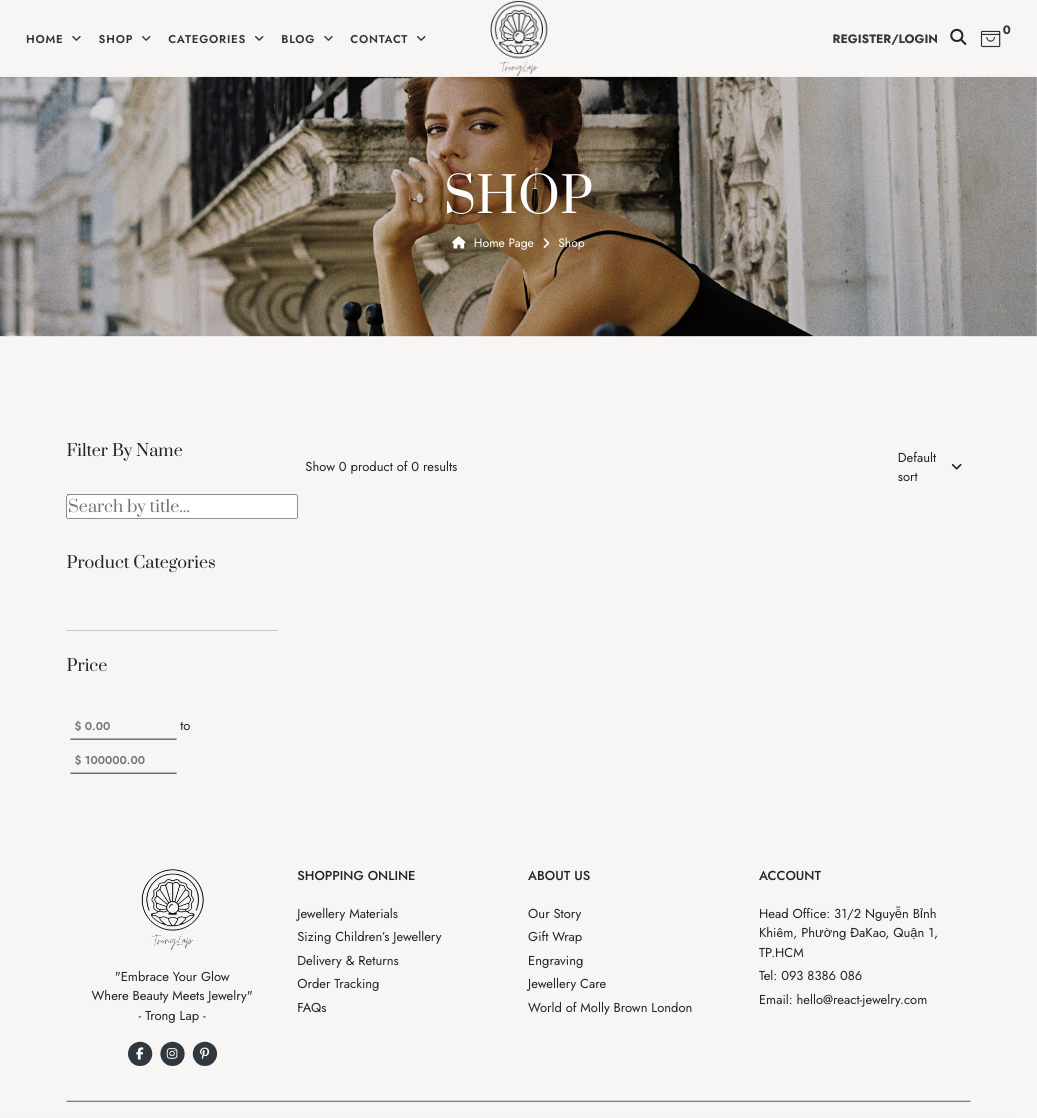
Repository: tronglap/react-jewelry
Page: /list-product
These files come from the project's save history. The page is drawn as it stood at one moment and after the next save; the edit follows.
The browser window is 1280 px wide. The pictures show the whole page, at 81% of full size.
The page's requests for data from a server got no answer. The project was rebuilt for these pictures with package versions that can differ from the ones it lists, and the page was loaded fresh each time. No one was signed in, and anything a server would have sent is missing. Also part of the build but not shown: src/component/Button/Button.css, src/component/Button/Button.js, src/component/SliderBar/SliderBar.css, src/component/SliderBar/SliderBar.js, src/component/Home/WWD/WWD.css, src/component/Home/WWD/WWD.js, src/component/Home/Home.css, src/component/Home/Categories/Categories.js and 14 more.

Above is the page before, as saved 2024-03-26 19:01:18.

After the next save:
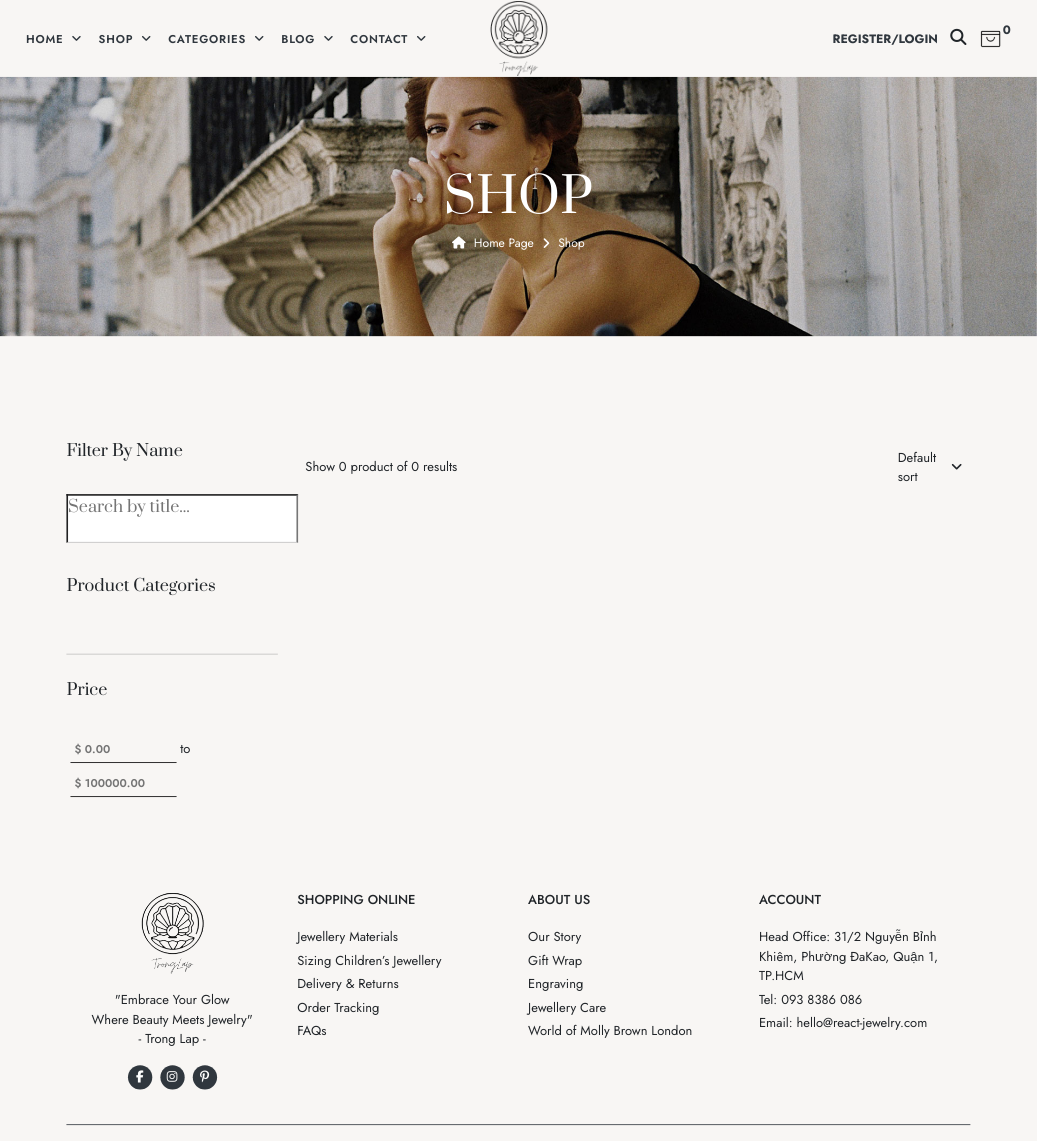
Saved 7 s later.
--- a/src/component/ListProduct/ListProduct.css
+++ b/src/component/ListProduct/ListProduct.css
@@ -13,7 +13,10 @@
     padding-bottom: 10px;
 }
 
-.ListProduct .box_product .FBN input {}
+.ListProduct .box_product .FBN input {
+    border-bottom: 1px solid rgba(128, 128, 128, 0.5);
+    padding-bottom: 30px;
+}
 
 
 .ListProduct .box_product .Product_Categories {
